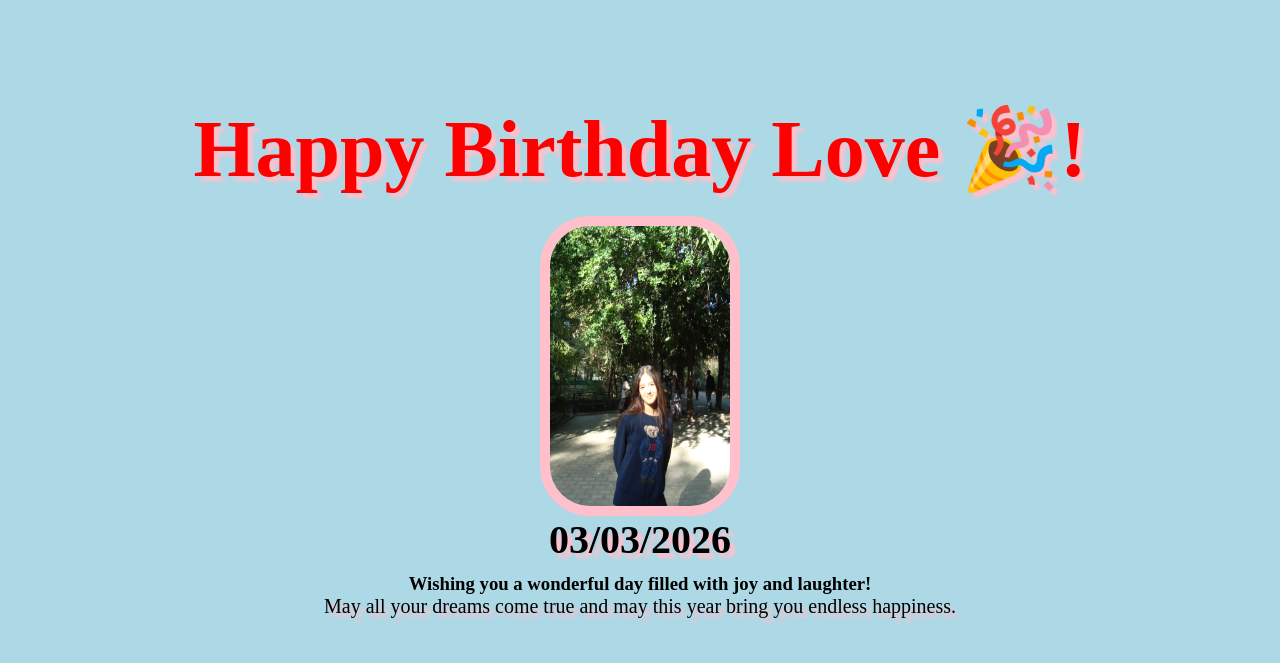
Repository: raghhavv03/html-css-practice
Page: css-task-5/index.html
The author's editor kept a copy of each file at every save. The page is drawn from the files as they stood at one save, then again after a run of saves.
The browser window is 1280 px wide. The pictures show the whole page.
Some web fonts or font styles are not loaded; a fallback is used.

Above is the page before, as saved 2026-02-07 16:31:14.

After the next 2 saves:
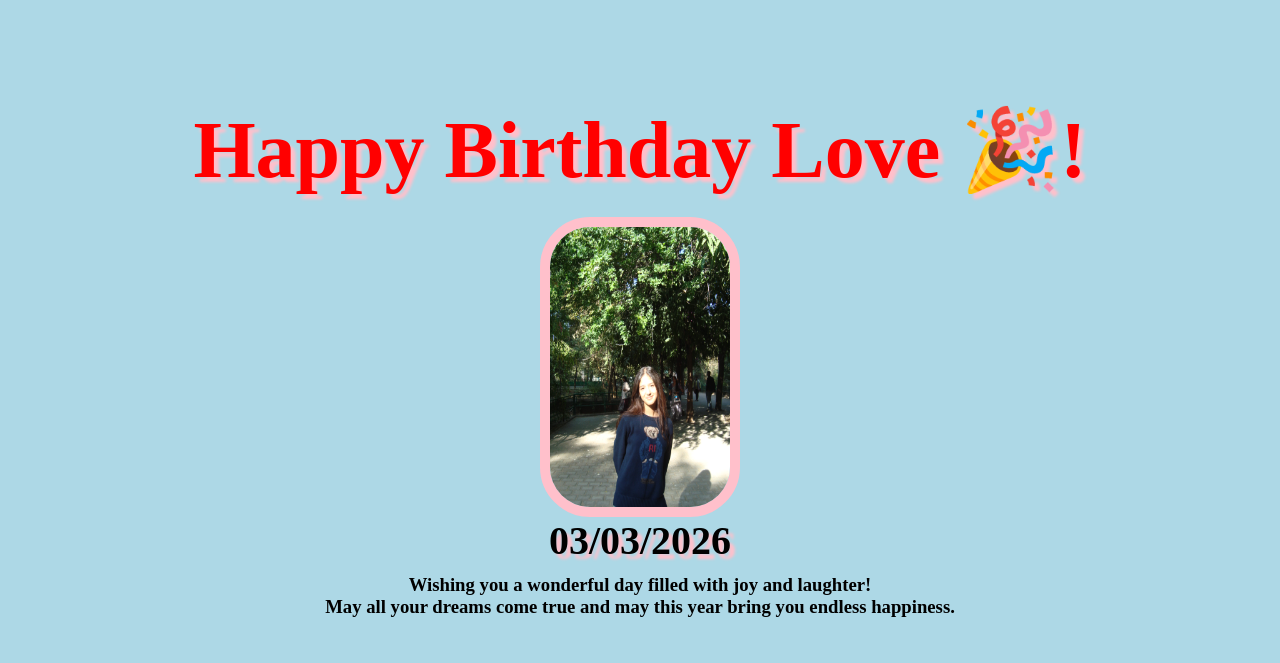
The 2 saves are shown as one change because they came seconds apart.
The last was saved 24 s later.
--- a/css-task-5/index.html
+++ b/css-task-5/index.html
@@ -12,6 +12,6 @@
         <img id="birthday-image" src="./love.jpg">
         <h2>03/03/2026</h2>
         <h3>Wishing you a wonderful day filled with joy and laughter!</h3>
-        <p>May all your dreams come true and may this year bring you endless happiness.</p>
+        <h3>May all your dreams come true and may this year bring you endless happiness.</h3>
     </body>
 </html>
